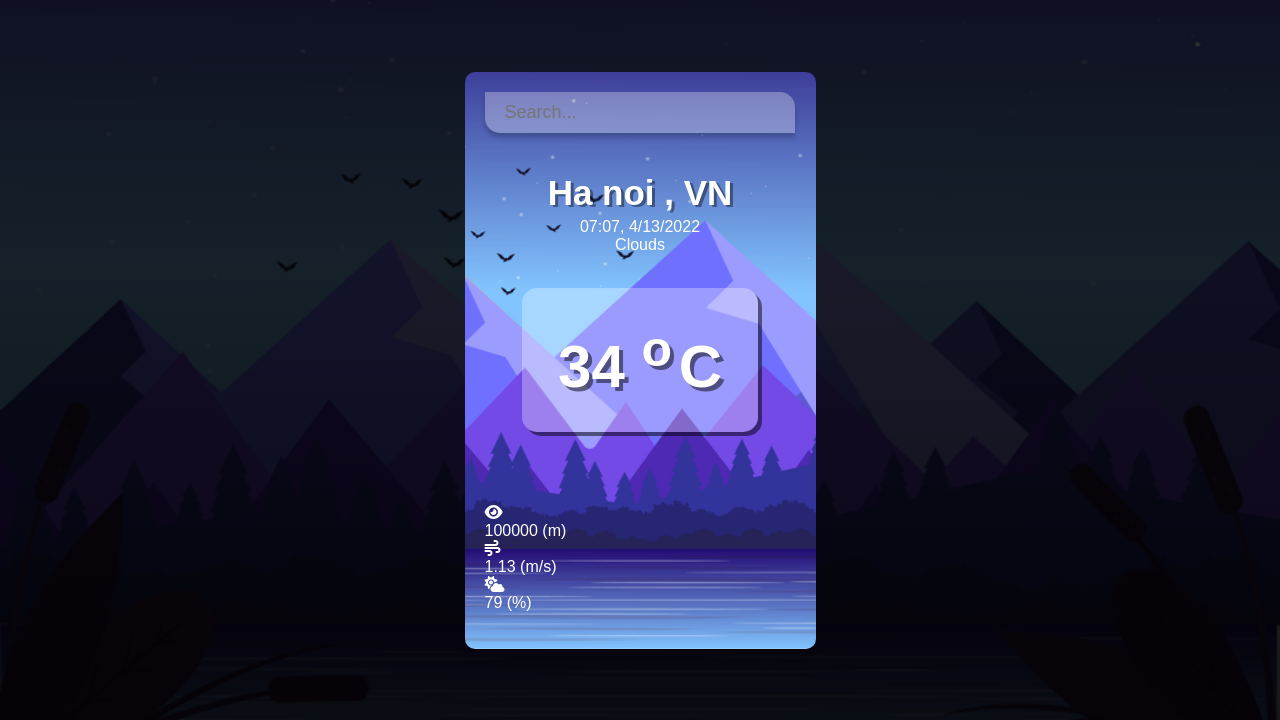
Repository: nganha241/weather-app
Page: index.html
These files come from the project's save history. The page is drawn as it stood at one moment and after the next save; the edit follows.
The browser window is 1280 px wide. The pictures show the whole page.
Some web libraries are served in a nearby version.

Above is the page before, as saved 2022-04-13 09:48:01.

After the next save:
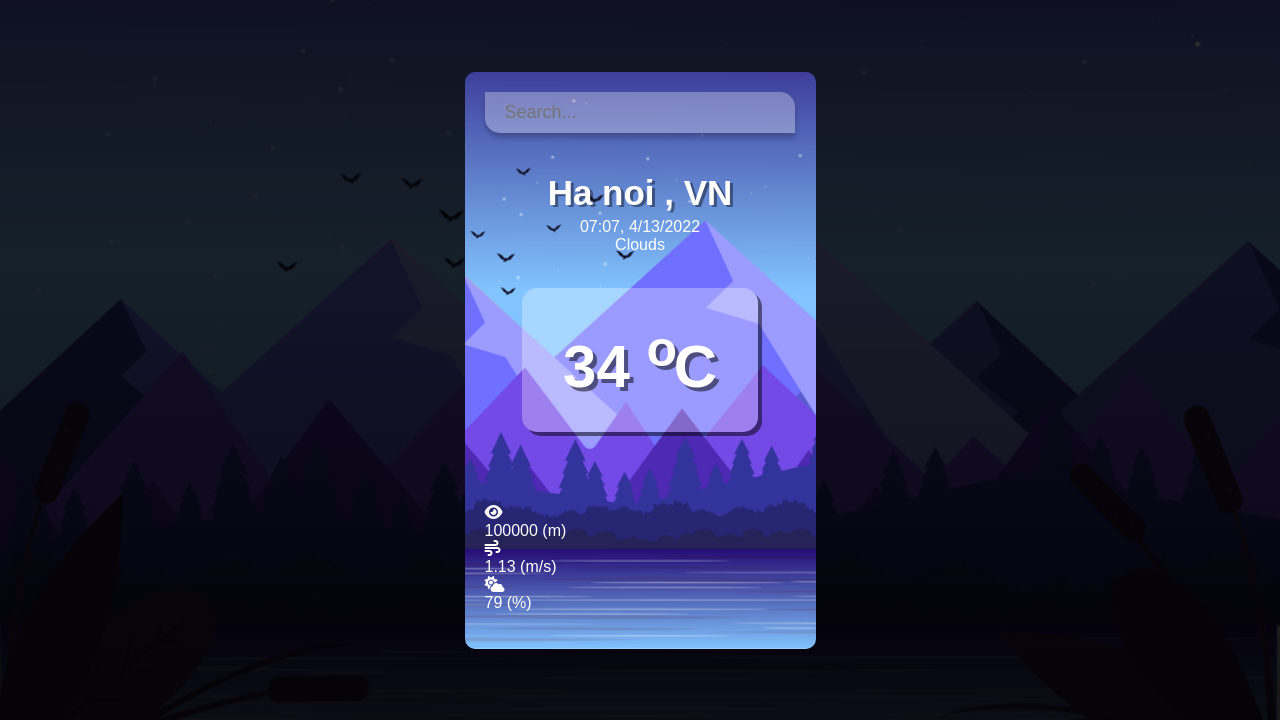
Saved 6 s later.
--- a/style.css
+++ b/style.css
@@ -79,7 +79,7 @@ body {
 }
 
 .deg p sup {
-    margin-right: -10px;
+    margin-right: -20px;
 }
 
 .footer {
